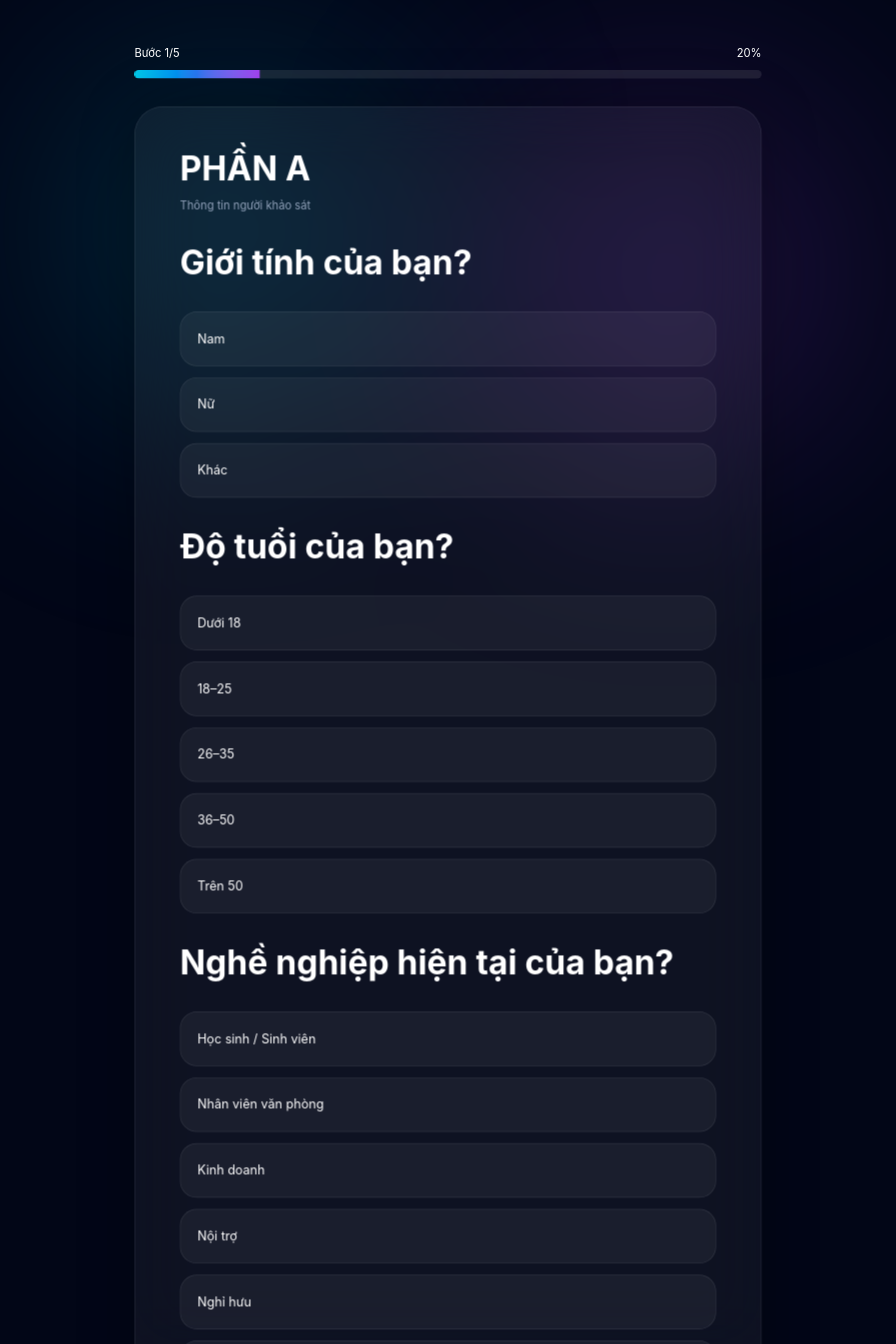
Repository: LuongPTCE181311/smart-pillow-survey
Page: /survey (app in frontend/)
The author's editor kept a copy of each file at every save. The page is drawn from the files as they stood at one save, then again after a run of saves.
The browser window is 1280 px wide. The pictures show the part of the page from y = 0 to 1920 px (the page is 3122 px tall), at 70% of full size.
The project was rebuilt for these pictures with package versions that can differ from the ones it lists, and the page was loaded fresh each time. Also part of the build but not shown: frontend/vite.config.js, frontend/src/context/ThemeContext.jsx, frontend/src/components/Navbar.jsx, frontend/src/components/AnimatedBackground.jsx, frontend/src/components/ProductShowcase.jsx, frontend/src/components/HeroSection.jsx, frontend/src/components/VideoSection.jsx, frontend/src/components/ProblemSection.jsx and 3 more. Imported but missing from the stored project, and not drawn on this page: frontend/src/assets/video.mp4.

Above is the page before, as saved 2026-06-03 21:17:00.

### frontend/src/main.jsx
import ReactDOM from "react-dom/client";
import { BrowserRouter } from "react-router-dom";

import App from "./App";
import "./index.css";

ReactDOM.createRoot(document.getElementById("root")).render(
  <BrowserRouter>
    <App />
  </BrowserRouter>,
);

### frontend/src/App.jsx
import AppRoutes from "./routes/AppRoutes";

function App() {
  return <AppRoutes />;
}

export default App;

### frontend/src/index.css
@import "tailwindcss";

html,
body,
#root {
  width: 100%;
  min-height: 100%;
  margin: 0;
  padding: 0;
}

body {
  font-family: Inter, sans-serif;
  background: #0f172a;
}

### frontend/src/routes/AppRoutes.jsx
import { Routes, Route } from "react-router-dom";

import LandingPage from "../pages/LandingPage";
import SurveyPage from "../pages/SurveyPage";

export default function AppRoutes() {
  return (
    <Routes>
      <Route path="/" element={<LandingPage />} />

      <Route path="/survey" element={<SurveyPage />} />
    </Routes>
  );
}

### frontend/src/pages/SurveyPage.jsx
import { useState } from "react";
import { motion } from "framer-motion";

import ProgressBar from "../components/ProgressBar";
import QuestionCard from "../components/QuestionCard";

import surveyQuestions from "../data/surveyQuestions";
import surveySteps from "../data/surveySteps";

export default function SurveyPage() {
  const [step, setStep] = useState(1);
  const [answers, setAnswers] = useState({});

  const totalSteps = surveySteps.length;

  const current = surveySteps[step - 1];

  const handleAnswer = (id, value) => {
    setAnswers((prev) => ({
      ...prev,
      [id]: value,
    }));
  };

  const prevStep = () => {
    setStep((prev) => prev - 1);

    window.scrollTo({
      top: 0,
      behavior: "smooth",
    });
  };

  const nextStep = () => {
    setStep((prev) => prev + 1);

    window.scrollTo({
      top: 0,
      behavior: "smooth",
    });
  };

  const sectionKeys = ["A", "B", "C", "D", "E"];

  const currentQuestions = surveyQuestions[sectionKeys[step - 1]] || [];

  return (
    <div
      className="
        relative
        min-h-screen

        bg-[#020617]

        text-white

        px-6
        py-16

        overflow-hidden
      "
    >
      {/* Glow Cyan */}
      <div
        className="
          fixed
          top-20
          left-20

          w-[500px]
          h-[500px]

          bg-cyan-500/20

          blur-[180px]

          rounded-full
        "
      />

      {/* Glow Purple */}
      <div
        className="
          fixed
          bottom-20
          right-20

          w-[500px]
          h-[500px]

          bg-purple-500/20

          blur-[180px]

          rounded-full
        "
      />

      <div className="max-w-4xl mx-auto relative z-10">
        <ProgressBar currentStep={step} totalSteps={totalSteps} />

        <motion.div
          key={step}
          initial={{
            opacity: 0,
            y: 40,
          }}
          animate={{
            opacity: 1,
            y: 0,
          }}
          transition={{
            duration: 0.5,
          }}
          className="
            p-10
            md:p-16

            rounded-[40px]

            bg-white/5

            backdrop-blur-2xl

            border
            border-white/10

            shadow-[0_0_80px_rgba(0,0,0,0.3)]
          "
        >
          <h1 className="text-5xl font-bold">{current.title}</h1>

          <p className="mt-4 text-slate-400">{current.description}</p>

          <div className="mt-10">
            {currentQuestions.map((q) => (
              <QuestionCard
                key={q.id}
                question={q}
                value={answers[q.id]}
                onChange={handleAnswer}
              />
            ))}
          </div>
        </motion.div>

        <div className="flex justify-between mt-10">
          <button
            disabled={step === 1}
            onClick={prevStep}
            className="
              px-6
              py-3

              rounded-xl

              bg-white/10

              hover:bg-white/20

              transition-all

              disabled:opacity-30
              disabled:hover:bg-white/10
            "
          >
            Quay lại
          </button>

          <button
            disabled={step === totalSteps}
            onClick={nextStep}
            className="
              px-6
              py-3

              rounded-xl

             bg-gradient-to-r
            from-cyan-500
            to-blue-600
            hover:scale-105
            transition-all
            duration-300

              hover:bg-cyan-400

              transition-all

              disabled:opacity-30
            "
          >
            Tiếp tục
          </button>
        </div>
      </div>
    </div>
  );
}

### frontend/src/components/ProgressBar.jsx
export default function ProgressBar({ currentStep, totalSteps }) {
  const percent = (currentStep / totalSteps) * 100;

  return (
    <div className="mb-10">
      <div className="flex justify-between mb-3">
        <span>
          Bước {currentStep}/{totalSteps}
        </span>

        <span>{percent.toFixed(0)}%</span>
      </div>

      <div
        className="
        h-3
        bg-white/10
        rounded-full
        overflow-hidden
        animate-pulse
        "
      >
        <div
          style={{
            width: `${percent}%`,
          }}
          className="
          h-full

          bg-gradient-to-r
         from-cyan-400
        via-blue-500
        to-purple-500

          transition-all
          duration-500
          "
        />
      </div>
    </div>
  );
}

### frontend/src/components/QuestionCard.jsx
export default function QuestionCard({ question, value, onChange }) {
  return (
    <div className="mb-10">
      <h2
        className="
        text-4xl
        md:text-5xl

        font-bold

        leading-tight

        mb-10
        "
      >
        {question.question}
      </h2>
      {question.type === "radio" &&
        question.options.map((option) => {
          const selected = value === option;

          return (
            <div
              key={option}
              onClick={() => onChange(question.id, option)}
              className={`
          p-6
          rounded-3xl
          mb-4
          cursor-pointer

          transition-all
          duration-300

          border

          ${
            selected
              ? `
                border-cyan-400
                bg-cyan-500/10
                scale-[1.02]
                shadow-[0_0_40px_rgba(6,182,212,0.3)]
              `
              : `
                border-white/10
                bg-white/5
                hover:border-cyan-400/50
              `
          }
        `}
            >
              <span className="text-lg">{option}</span>
            </div>
          );
        })}
      {question.type === "checkbox" &&
        question.options.map((option) => {
          const selected = value?.includes(option);

          return (
            <div
              key={option}
              onClick={() => {
                let updated = value || [];

                if (selected) {
                  updated = updated.filter((item) => item !== option);
                } else {
                  updated = [...updated, option];
                }

                onChange(question.id, updated);
              }}
              className={`
          p-6
          rounded-3xl
          mb-4

          cursor-pointer

          transition-all
          duration-300

          border

          ${
            selected
              ? `
                border-cyan-400
                bg-cyan-500/10
                scale-[1.02]
                shadow-[0_0_40px_rgba(6,182,212,0.3)]
              `
              : `
                border-white/10
                bg-white/5
                hover:border-cyan-400/50
              `
          }
        `}
            >
              <div className="flex items-center gap-4">
                <input
                  type="checkbox"
                  checked={selected}
                  readOnly
                  className="
              w-5
              h-5
              accent-cyan-400
            "
                />

                <span className="text-lg">{option}</span>
              </div>
            </div>
          );
        })}
      {question.type === "textarea" && (
        <textarea
          value={value || ""}
          onChange={(e) => onChange(question.id, e.target.value)}
          rows={5}
          placeholder="Nhập ý kiến của bạn..."
          className="
      w-full

      p-5

      rounded-2xl

      bg-white/5

      border border-white/10

      outline-none

      focus:border-cyan-400
      "
        />
      )}
    </div>
  );
}

### frontend/src/data/surveyQuestions.js
const surveyQuestions = {
  A: [
    {
      id: "gender",
      type: "radio",
      question: "Giới tính của bạn?",
      options: ["Nam", "Nữ", "Khác"],
    },
    {
      id: "age",
      type: "radio",
      question: "Độ tuổi của bạn?",
      options: ["Dưới 18", "18–25", "26–35", "36–50", "Trên 50"],
    },
    {
      id: "job",
      type: "radio",
      question: "Nghề nghiệp hiện tại của bạn?",
      options: [
        "Học sinh / Sinh viên",
        "Nhân viên văn phòng",
        "Kinh doanh",
        "Nội trợ",
        "Nghỉ hưu",
        "Khác",
      ],
    },
    {
      id: "living",
      type: "radio",
      question: "Bạn hiện đang:",
      options: [
        "Sống cùng người lớn tuổi",
        "Có người thân lớn tuổi ở xa",
        "Chăm sóc người lớn tuổi",
        "Không liên quan",
      ],
    },
    {
      id: "elderly",
      type: "radio",
      question: "Trong gia đình bạn có người trên 60 tuổi không?",
      options: ["Có", "Không"],
    },
  ],

  B: [
    {
      id: "sleep_problem",
      type: "radio",
      question:
        "Người lớn tuổi trong gia đình bạn có gặp vấn đề về giấc ngủ không?",
      options: ["Thường xuyên", "Thỉnh thoảng", "Hiếm khi", "Không"],
    },
    {
      id: "sleep_issue",
      type: "checkbox",
      question: "Các vấn đề thường gặp là gì? (chọn 1 hoặc nhiều đáp án)",
      options: [
        "Khó ngủ",
        "Mất ngủ",
        "Thức giấc giữa đêm",
        "Ngáy lớn",
        "Khó thở khi ngủ",
        "Khác",
      ],
    },
    {
      id: "worry",
      type: "radio",
      question:
        "Bạn có từng lo lắng về sức khỏe người lớn tuổi vào ban đêm không?",
      options: ["Rất lo lắng", "Có lo lắng", "Bình thường", "Không"],
    },
    {
      id: "sleep_apnea",
      type: "radio",
      question: "Bạn có từng nghe về hội chứng ngưng thở khi ngủ chưa?",
      options: ["Có", "Chưa"],
    },
    {
      id: "danger",
      type: "radio",
      question: "Theo bạn, ngưng thở khi ngủ có nguy hiểm không?",
      options: ["Rất nguy hiểm", "Có nguy hiểm", "Bình thường", "Không biết"],
    },
    {
      id: "monitor_method",
      type: "radio",
      question:
        "Gia đình bạn hiện đang theo dõi sức khỏe người lớn tuổi bằng cách nào?",
      options: [
        "Theo dõi trực tiếp",
        "Smartwatch",
        "Camera",
        "Thiết bị y tế",
        "Chưa có giải pháp",
      ],
    },
    {
      id: "difficulty",
      type: "radio",
      question:
        "Theo bạn, khó khăn lớn nhất khi chăm sóc người lớn tuổi là gì?",
      options: [
        "Không thể theo dõi 24/7",
        "Thiếu kiến thức y tế",
        "Người lớn tuổi khó dùng công nghệ",
        "Chi phí cao",
        "Khác",
      ],
    },
    {
      id: "emergency",
      type: "radio",
      question:
        "Bạn có từng gặp trường hợp khẩn cấp về sức khỏe vào ban đêm chưa?",
      options: ["Có", "Chưa"],
    },
    {
      id: "importance",
      type: "radio",
      question:
        "Theo bạn, việc phát hiện sớm dấu hiệu bất thường khi ngủ có quan trọng không?",
      options: [
        "Rất quan trọng",
        "Quan trọng",
        "Bình thường",
        "Không quan trọng",
      ],
    },
    {
      id: "night_check",
      type: "radio",
      question:
        "Bạn có thường xuyên kiểm tra tình trạng sức khỏe người thân vào ban đêm không?",
      options: ["Có", "Thỉnh thoảng", "Hiếm khi", "Không"],
    },
  ],

  C: [
    {
      id: "idea",
      type: "radio",
      question:
        "Bạn thấy ý tưởng 'gối thông minh theo dõi sức khỏe' như thế nào?",
      options: ["Rất sáng tạo", "Hữu ích", "Bình thường", "Không cần thiết"],
    },
    {
      id: "favorite_feature",
      type: "radio",
      question: "Bạn thích điểm nào nhất của sản phẩm?",
      options: [
        "Không cần đeo thiết bị",
        "Theo dõi nhịp tim",
        "Phát hiện ngưng thở",
        "Gửi cảnh báo",
        "Theo dõi giấc ngủ",
      ],
    },
    {
      id: "better_than_watch",
      type: "radio",
      question:
        "Theo bạn, việc không cần đeo thiết bị có tiện lợi hơn smartwatch không?",
      options: ["Có", "Không", "Không chắc"],
    },
    {
      id: "easy_to_use",
      type: "radio",
      question: "Bạn có nghĩ người lớn tuổi sẽ dễ sử dụng sản phẩm này không?",
      options: ["Rất dễ", "Dễ", "Khó", "Rất khó"],
    },
    {
      id: "most_important_feature",
      type: "radio",
      question: "Bạn thấy chức năng nào quan trọng nhất?",
      options: [
        "Theo dõi nhịp tim",
        "Phát hiện khó thở",
        "Cảnh báo khẩn cấp",
        "Theo dõi giấc ngủ",
        "Báo thức rung",
      ],
    },
    {
      id: "phone_alert",
      type: "radio",
      question:
        "Bạn có muốn nhận cảnh báo qua điện thoại khi có bất thường không?",
      options: ["Có", "Không"],
    },
    {
      id: "alert_channel",
      type: "radio",
      question: "Theo bạn, cảnh báo nên gửi qua đâu?",
      options: ["Telegram", "Ứng dụng điện thoại", "SMS", "Cuộc gọi tự động"],
    },
    {
      id: "sleep_report",
      type: "radio",
      question: "Bạn có muốn xem thống kê giấc ngủ hàng ngày không?",
      options: ["Có", "Không"],
    },
    {
      id: "stroke_ai",
      type: "radio",
      question:
        "Bạn có quan tâm đến tính năng AI dự đoán nguy cơ đột quỵ không?",
      options: ["Rất quan tâm", "Có quan tâm", "Bình thường", "Không quan tâm"],
    },
    {
      id: "smart_home",
      type: "radio",
      question: "Bạn có muốn sản phẩm kết nối với nhà thông minh không?",
      options: ["Có", "Không"],
    },
  ],

  D: [
    {
      id: "budget",
      type: "radio",
      question: "Bạn sẵn sàng chi bao nhiêu cho sản phẩm này?",
      options: ["Dưới 3 triệu", "3–4 triệu", "4–6 triệu", "Trên 6 triệu"],
    },
    {
      id: "reasonable_price",
      type: "radio",
      question: "Theo bạn, mức giá nào là hợp lý nhất?",
      options: ["3 triệu", "3–5 triệu", "5–6 triệu", "Trên 6 triệu"],
    },
    {
      id: "buy_future",
      type: "radio",
      question: "Bạn có sẵn sàng mua sản phẩm này trong tương lai không?",
      options: ["Có", "Có thể", "Không"],
    },
    {
      id: "best_market",
      type: "radio",
      question: "Bạn nghĩ sản phẩm này phù hợp nhất ở đâu?",
      options: [
        "Gia đình",
        "Bệnh viện",
        "Trung tâm dưỡng lão",
        "Chăm sóc tại nhà",
      ],
    },
    {
      id: "recommend",
      type: "radio",
      question: "Bạn có sẵn sàng giới thiệu sản phẩm cho người khác không?",
      options: ["Có", "Có thể", "Không"],
    },
  ],

  E: [
    {
      id: "improve",
      type: "textarea",
      question: "Theo bạn, sản phẩm cần cải thiện điều gì?",
    },
    {
      id: "additional_feature",
      type: "textarea",
      question: "Bạn mong muốn thêm tính năng nào khác?",
    },
    {
      id: "project_feedback",
      type: "textarea",
      question: "Bạn có góp ý gì cho dự án Respyn?",
    },
  ],
};

export default surveyQuestions;

### frontend/src/data/surveySteps.js
const surveySteps = [
  {
    title: "PHẦN A",
    description: "Thông tin người khảo sát",
  },
  {
    title: "PHẦN B",
    description: "Khảo sát thực trạng",
  },
  {
    title: "PHẦN C",
    description: "Đánh giá sản phẩm",
  },
  {
    title: "PHẦN D",
    description: "Khảo sát thị trường & giá",
  },
  {
    title: "PHẦN E",
    description: "Ý kiến cá nhân",
  },
];

export default surveySteps;

After the next 2 saves:
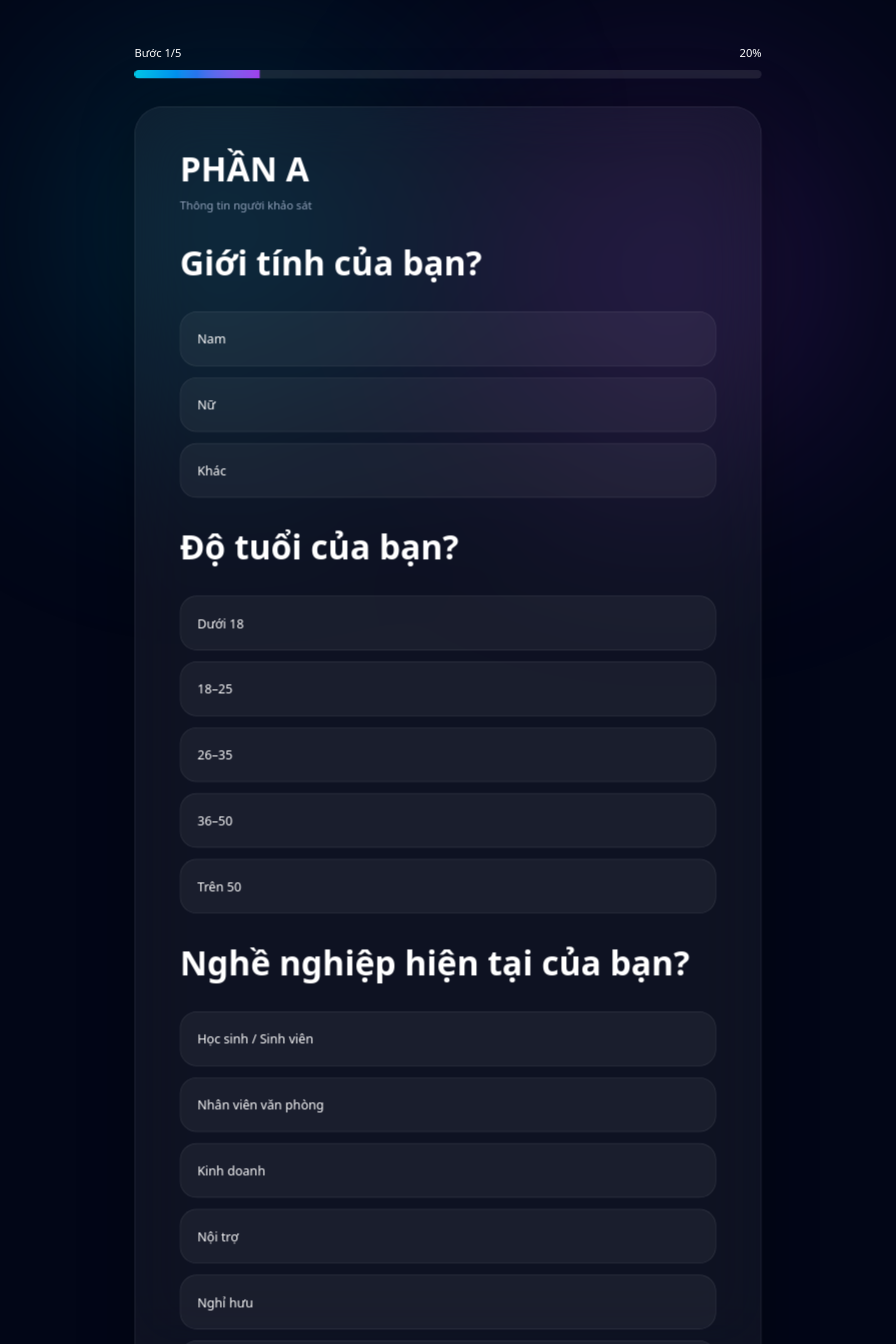
The 2 saves are shown as one change because they came seconds apart.
The last was saved 10 s later.
--- a/frontend/src/index.css
+++ b/frontend/src/index.css
@@ -9,7 +9,16 @@ body,
   padding: 0;
 }
 
-body {
+/* Dark Mode (Mặc định) */
+html.dark body {
   font-family: Inter, sans-serif;
   background: #0f172a;
+  color: #ffffff;
 }
+
+/* Light Mode */
+html.light body {
+  font-family: Inter, sans-serif;
+  background: #ffffff;
+  color: #1f2937;
+}
